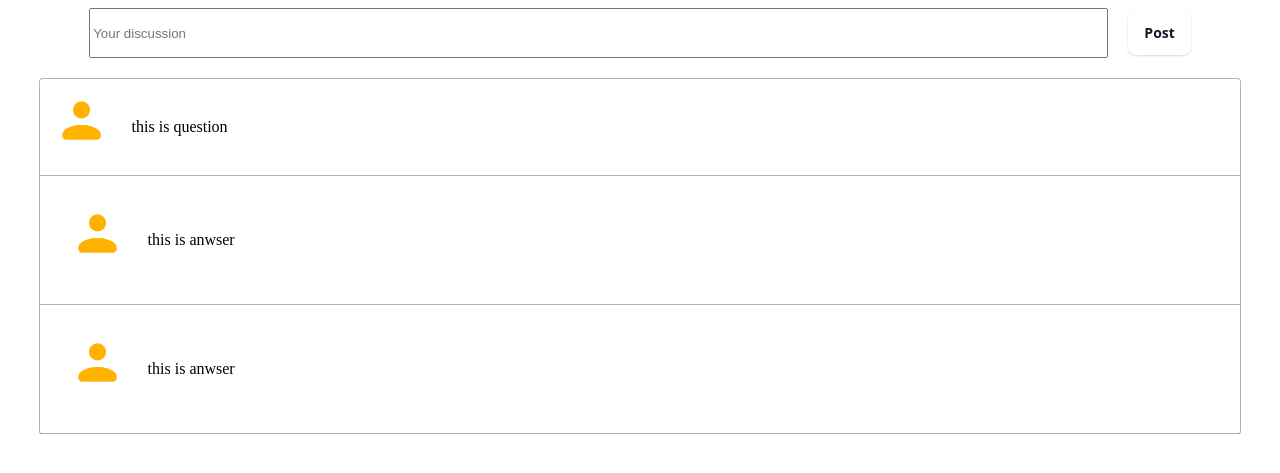
Repository: AOY311/DuckEdu
Page: test2.html
An editor plug-in stored every save of this project. The page is shown before and after the next save, followed by the edit.
The browser window is 1280 px wide. The pictures show the whole page.

Above is the page before, as saved 2021-10-31 16:50:56.

### test2.html
<!DOCTYPE html>
<html lang="en">

<head>
    <meta charset="UTF-8">
    <meta http-equiv="X-UA-Compatible" content="IE=edge">
    <meta name="viewport" content="width=device-width, initial-scale=1.0">
    <script src="https://ajax.googleapis.com/ajax/libs/jquery/3.5.1/jquery.min.js"></script>
    <title>Document</title>
    <style>
        .header {
            position: sticky;
            top: 0;
            width: 100%;
        }

        .header .container {
            display: flex;
            flex-direction: row;
            justify-content: center;
            align-items: center;
            width: 100%;
        }

        .container__input {
            height: 44px;
            width: 80%;
            margin-right: 20px;
        }
        /* CSS */

        .button-38 {
            background-color: #FFFFFF;
            border: 0;
            border-radius: .5rem;
            box-sizing: border-box;
            color: #111827;
            font-family: "Inter var", ui-sans-serif, system-ui, -apple-system, system-ui, "Segoe UI", Roboto, "Helvetica Neue", Arial, "Noto Sans", sans-serif, "Apple Color Emoji", "Segoe UI Emoji", "Segoe UI Symbol", "Noto Color Emoji";
            font-size: .875rem;
            font-weight: 600;
            line-height: 1.25rem;
            padding: .75rem 1rem;
            text-align: center;
            text-decoration: none #D1D5DB solid;
            text-decoration-thickness: auto;
            box-shadow: 0 1px 3px 0 rgba(0, 0, 0, 0.1), 0 1px 2px 0 rgba(0, 0, 0, 0.06);
            cursor: pointer;
            user-select: none;
            -webkit-user-select: none;
            touch-action: manipulation;
        }

        .button-38:hover {
            background-color: rgb(249, 250, 251);
        }

        .button-38:focus {
            outline: 2px solid transparent;
            outline-offset: 2px;
        }

        .button-38:focus-visible {
            box-shadow: none;
        }

        .accordion {
            /* Border */
            transform: translateY(20px);
            border: 1px solid rgba(0, 0, 0, 0.3);
            border-bottom-color: transparent;
            border-radius: 4px;
            max-width: 95%;
            margin: 0 auto;
        }

        .accordion__item {
            border-bottom: 1px solid rgba(0, 0, 0, 0.3);
        }

        .accordion__header {
            /* Center the content horizontally */
            align-items: center;
            display: flex;
            cursor: pointer;
            padding: 16px;
        }

        .accordion__toggle {
            margin-right: 12px;
        }

        .accordion__title {
            /* Take remaining width */
            flex: 1;
        }

        .accordion__content {
            /* For not selected item */
            display: block;
            border-top: 1px solid rgba(0, 0, 0, 0.3);
            padding: 16px;
        }

        .accordion__content--selected {
            /* For selected item */
            display: block;
        }

        .accordion__content>div.accordion__header {
            margin: 0;
        }

        .avatar {
            /* Rounded border */
            border-radius: 50%;
            height: 64px;
            width: 64px;
        }

        .avatar__image {
            /* Rounded border */
            border-radius: 50%;
            /* Take full size */
            height: 80%;
            width: 80%;
        }
    </style>
</head>

<body>
    <div>
        <header class="header">
            <div class="container">
                <!-- Text input -->
                <input type="text" class="container__input" placeholder="Your discussion" />
                <!-- Search icon sticks to the left or right -->
                <button class="button-38" role="button">Post</button>
            </div>
        </header>
        <main>
            <div class="accordion">
                <!-- Each accordion item -->
                <div class="accordion__item">
                    <!-- Heading -->
                    <div class="accordion__header" onclick="showComment(this)">
                        <!-- The toggle icon -->
                        <div class="accordion__toggle">
                            <div class="avatar">
                                <!-- Avatar image -->
                                <img class="avatar__image" src="img/avt.png" />
                            </div>
                        </div>

                        <!-- The title -->
                        <div class="accordion__title">
                            this is question
                        </div>
                    </div>

                    <!-- The content -->
                    <div class="accordion__content">
                        <div class="accordion__header">
                            <!-- The toggle icon -->
                            <div class="accordion__toggle">
                                <div class="avatar">
                                    <!-- Avatar image -->
                                    <img class="avatar__image" src="img/avt.png" />
                                </div>
                            </div>

                            <!-- The title -->
                            <div class="accordion__title">
                                this is anwser
                            </div>
                        </div>
                    </div>
                    <div class="accordion__content">
                        <div class="accordion__header">
                            <!-- The toggle icon -->
                            <div class="accordion__toggle">
                                <div class="avatar">
                                    <!-- Avatar image -->
                                    <img class="avatar__image" src="img/avt.png" />
                                </div>
                            </div>

                            <!-- The title -->
                            <div class="accordion__title">
                                this is anwser
                            </div>
                        </div>
                    </div>
                </div>
            </div>
        </main>
    </div>
</body>
<script>
    function showComment(obj) {
        $(obj).next().css("background", "red");
    }
</script>

</html>

After the next save:
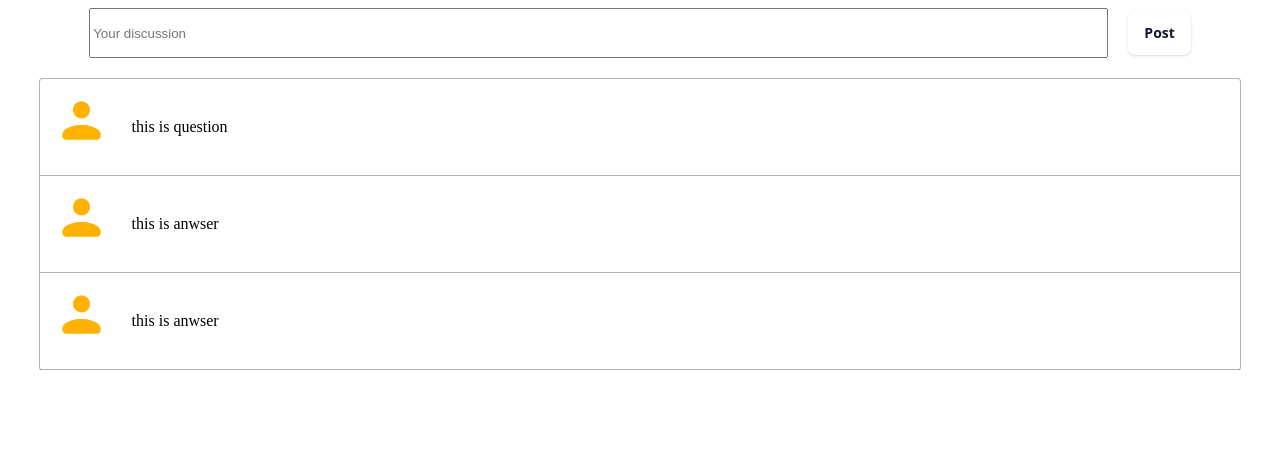
Saved 4 min 29 s later.
--- a/test2.html
+++ b/test2.html
@@ -107,7 +107,7 @@
         }
 
         .accordion__content>div.accordion__header {
-            margin: 0;
+            padding: 0;
         }
 
         .avatar {
